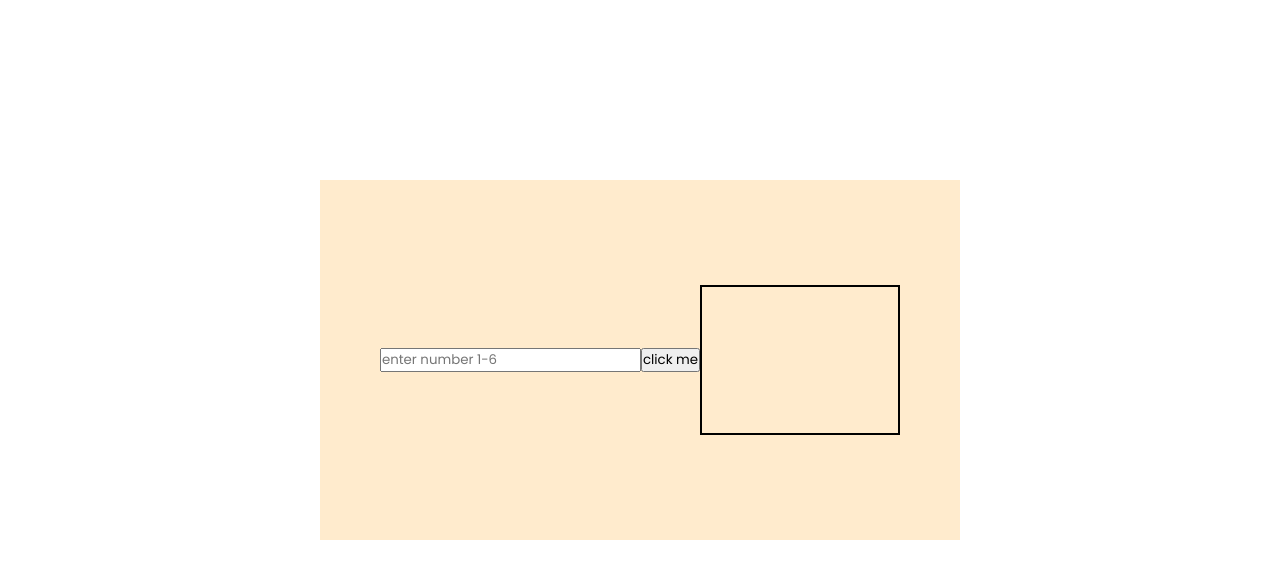
Repository: Seryozha02/Guessing-Game
Page: promise.html
An editor plug-in stored every save of this project. The page is shown before and after a run of saves, followed by the edit.
The browser window is 1280 px wide. The pictures show the whole page.

Above is the page before, as saved 2022-02-21 23:22:47.

### promise.html
<!DOCTYPE html>
<html lang="en">
<head>
    <meta charset="UTF-8">
    <meta http-equiv="X-UA-Compatible" content="IE=edge">
    <meta name="viewport" content="width=device-width, initial-scale=1.0">
    <link rel="stylesheet" href="./promise.css">
    <title>Document</title>
</head>
<body>
    <div class="body">
        <div class="conteiner">
            <div class="main">
                <input type="number" id="value" placeholder="enter number 1-6">
                <button class="btn" id="button">click me</button>
                <div class="table" id="show-text">
                    <p class="p1"></p>
                    <p class="p2"></p>
                </div>
                <p class="sum"></p>
            </div>
        </div>
    </div>

<source src="./promise.js" type="">
</body>
</html>

### promise.css
@import url('https://fonts.googleapis.com/css2?family=Poppins:wght@200;300;400;500;600;700&display=swap');
* {
    margin: 0;
    padding: 0;
    box-sizing: border-box;
    font-family: 'Poppins', sans-serif;
}

.body {
    background-color: ;
    position: absolute;
    width: 100%;
    height: 100%;
    display: flex;
    align-items: center;
    justify-content: center;
}

.conteiner {
    background-color: blanchedalmond;
    position: relative;
    width: 50%;
    height: 50%;
    display: flex;
    align-items: center;
    justify-content: center;
}

.main {
    display: contents;
    flex-direction: row;
}


/* .btn {

} */

.table {
    border: 2px solid black;
    width: 200px;
    height: 150px;
}

After the next 2 saves:
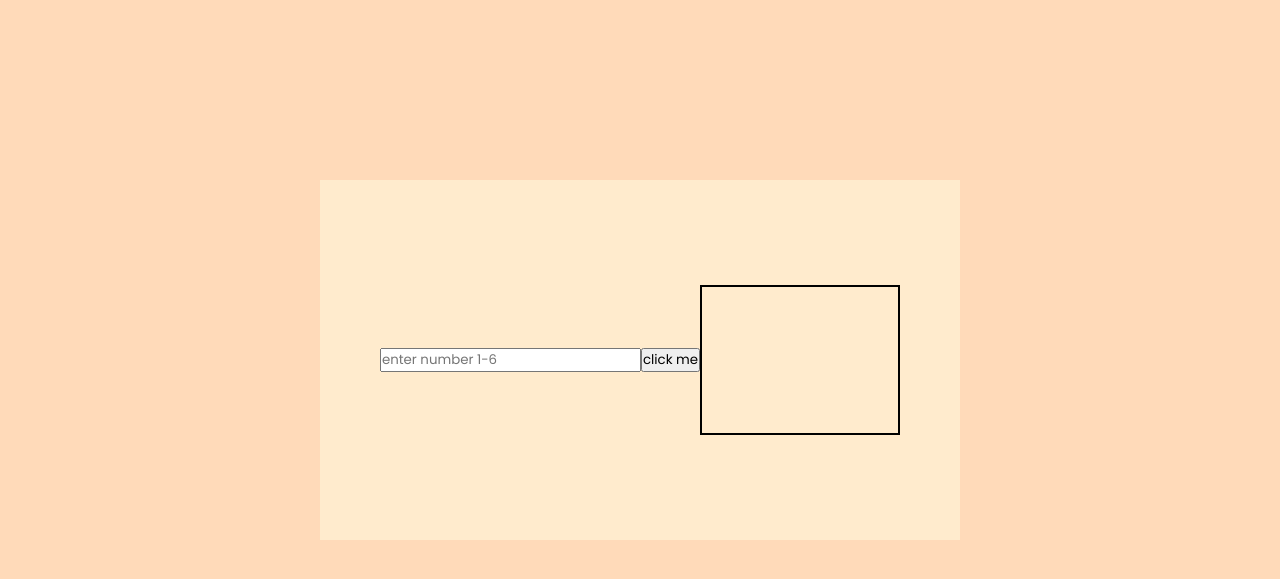
The 2 saves are shown as one change because they came seconds apart.
The last was saved 14 s later.
--- a/promise.css
+++ b/promise.css
@@ -7,7 +7,7 @@
 }
 
 .body {
-    background-color: ;
+    background-color: peachpuff ;
     position: absolute;
     width: 100%;
     height: 100%;
